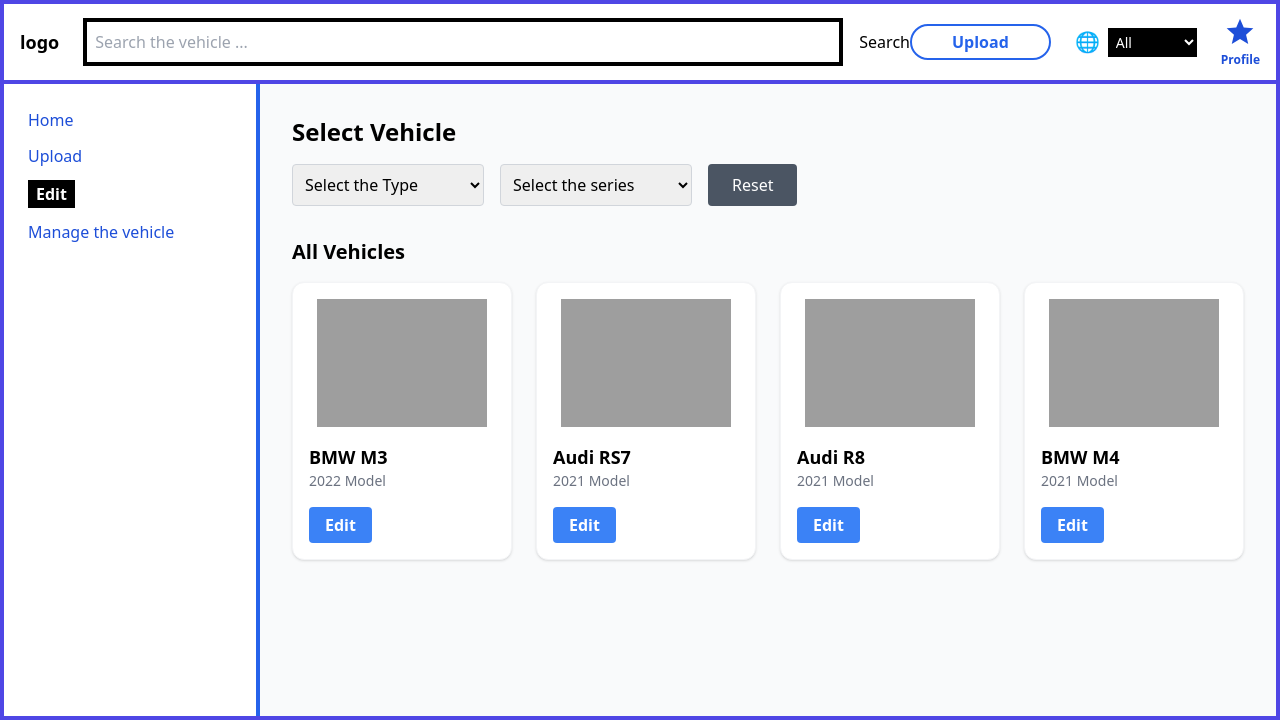
Repository: dineshkumarstecdra-pixel/3d-manual
Page: adminedit.html
These files come from the project's save history. The page is drawn as it stood at one moment and after the next save; the edit follows.
The browser window is 1280 px wide. The pictures show the part of the page from y = 0 to 952 px (the page is 720 px tall before and 3253 px after).
Pictures or frames that could not be fetched are drawn as grey boxes. A picture or video elsewhere on the page could not be fetched, so the positions and the page height are approximate. Some web libraries are served in a nearby version.

Above is the page before, as saved 2026-04-10 15:28:24.

After the next save:
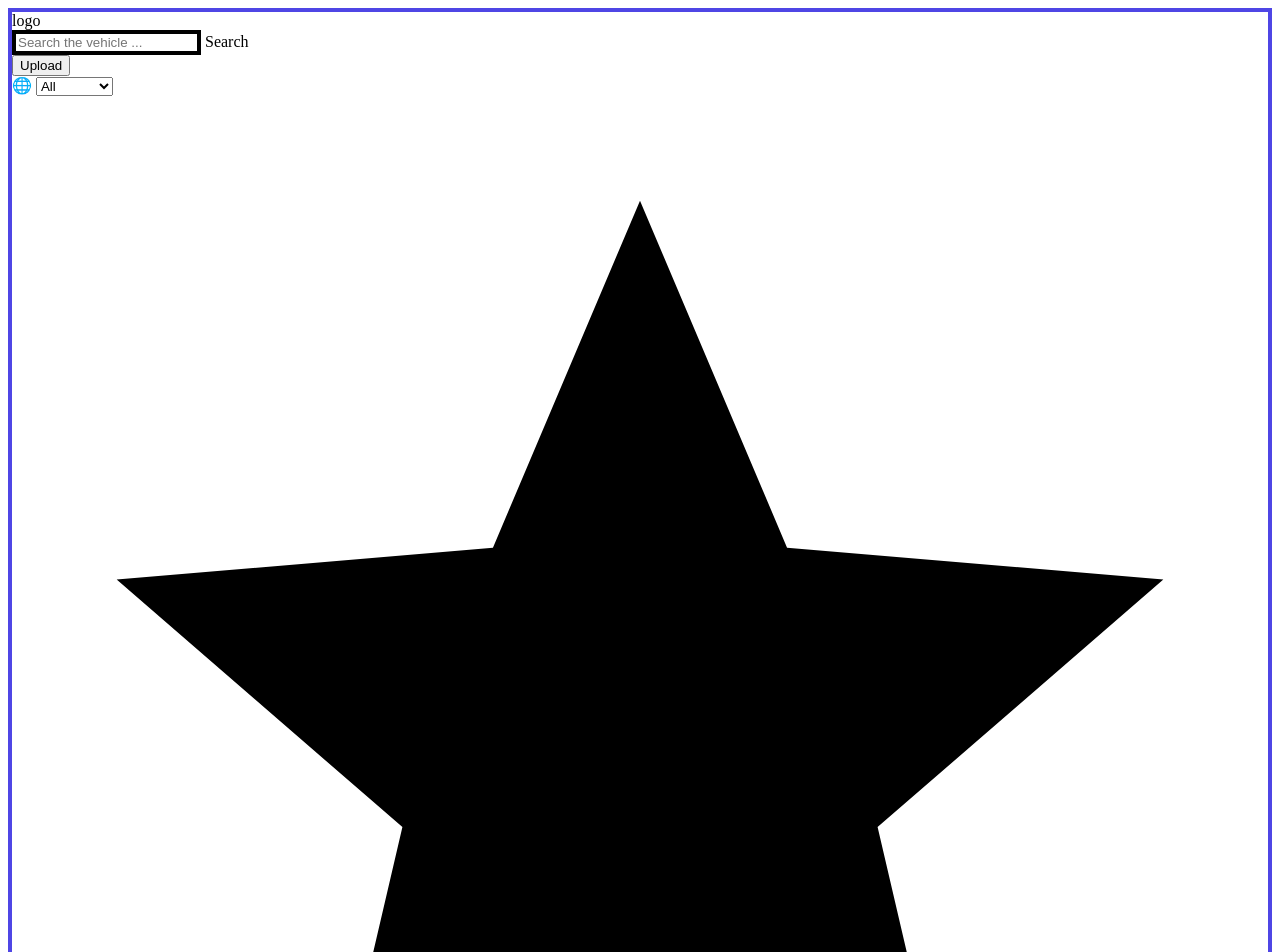
Console error: SyntaxError: Cannot use import statement outside a module
Saved 113 s later.
--- a/adminedit.html
+++ b/adminedit.html
@@ -4,11 +4,8 @@
     <meta charset="UTF-8">
     <meta name="viewport" content="width=device-width, initial-scale=1.0">
     <title>Admin - Edit</title>
-    <script src="https://cdn.tailwindcss.com"></script>
-    <style>
-        .layout-border { border: 4px solid #4f46e5; }
-        .thick-border { border: 4px solid #000; }
-    </style>
+     <script src="/src/admin.js"></script>
+   <link rel="stylesheet" href="/src/admin.css">
 </head>
 <body class="h-screen flex flex-col font-sans bg-gray-50 overflow-hidden">
 
